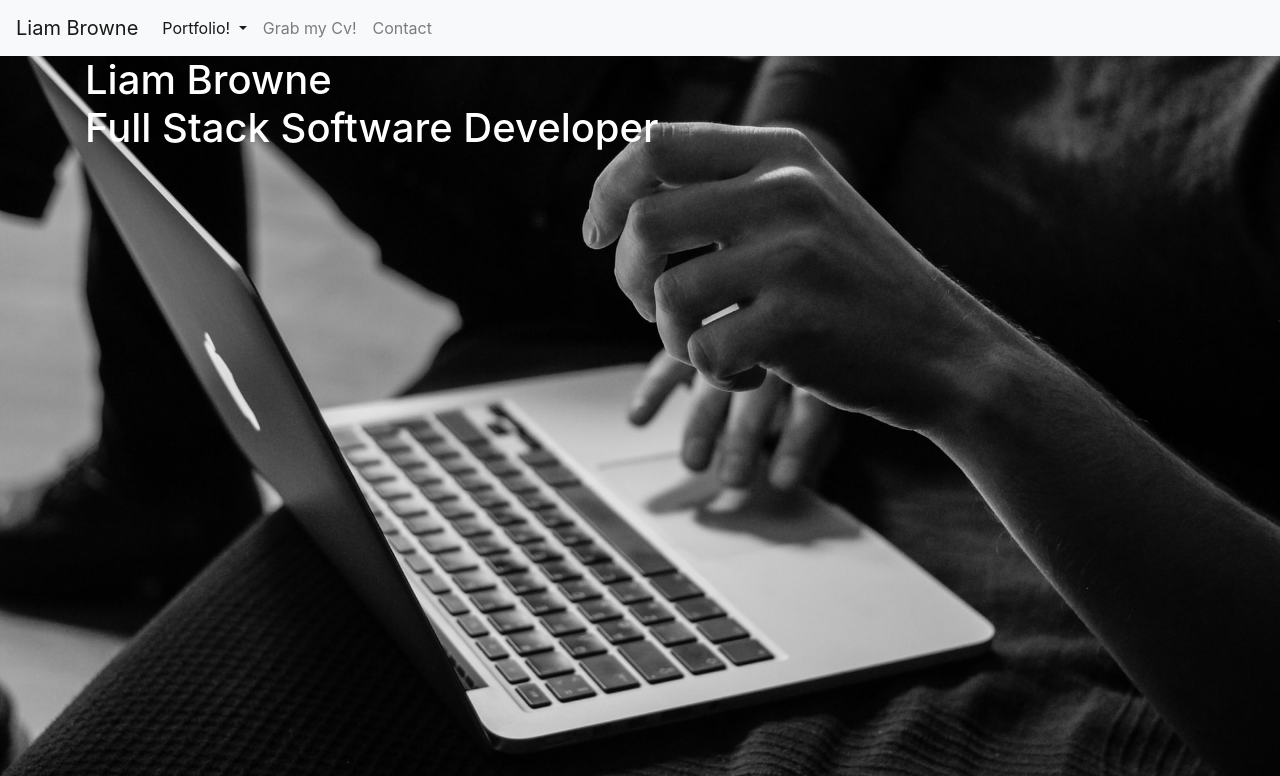
Repository: LiamB123/LiamBrowne.com.github.io
Page: index.html
The author's editor kept a record of every edit. The page is drawn from the files as they stood at one moment, then again after the next edit.
The browser window is 1280 px wide. The pictures show the whole page.
Backgrounds fixed to the window are drawn as part of the page.

Above is the page before.

### index.html
<!DOCTYPE html>
<html lang="en">

<head>
  <meta charset="UTF-8">
  <meta name="viewport" content="width=device-width, initial-scale=1.0">


  <meta http-equiv="X-UA-Compatible" content="ie=edge">

  <title>Liam Browne</title>

  <!--Boostrap Links for Css, Js and Jquery --->
  <link rel="stylesheet" href="https://stackpath.bootstrapcdn.com/bootstrap/4.4.1/css/bootstrap.min.css" integrity="sha384-Vkoo8x4CGsO3+Hhxv8T/Q5PaXtkKtu6ug5TOeNV6gBiFeWPGFN9MuhOf23Q9Ifjh" crossorigin="anonymous">

  <script src="https://code.jquery.com/jquery-3.4.1.slim.min.js" integrity="sha384-J6qa4849blE2+poT4WnyKhv5vZF5SrPo0iEjwBvKU7imGFAV0wwj1yYfoRSJoZ+n" crossorigin="anonymous"></script>
  <script src="https://cdn.jsdelivr.net/npm/popper.js@1.16.0/dist/umd/popper.min.js" integrity="sha384-Q6E9RHvbIyZFJoft+2mJbHaEWldlvI9IOYy5n3zV9zzTtmI3UksdQRVvoxMfooAo" crossorigin="anonymous"></script>
  <script src="https://stackpath.bootstrapcdn.com/bootstrap/4.4.1/js/bootstrap.min.js" integrity="sha384-wfSDF2E50Y2D1uUdj0O3uMBJnjuUD4Ih7YwaYd1iqfktj0Uod8GCExl3Og8ifwB6" crossorigin="anonymous"></script>

  <!--Boostrap Links for Font Awesome--->
  <link rel="stylesheet" href="https://stackpath.bootstrapcdn.com/font-awesome/4.7.0/css/font-awesome.min.css" type="text/css" />

  <link rel="stylesheet" href="static/css/custom.css" type="text/css" />

</head>

<body>


  <nav class="navbar navbar-expand-lg navbar-light bg-light">
    <a class="navbar-brand" href="index.html">Liam Browne </a>
    <button class="navbar-toggler" type="button" data-toggle="collapse" data-target="#navbarSupportedContent" aria-controls="navbarSupportedContent" aria-expanded="false" aria-label="Toggle navigation">
    <span class="navbar-toggler-icon"></span>
  </button>

    <div class="collapse navbar-collapse" id="navbarSupportedContent">
      <ul class="navbar-nav mr-auto">
        <li class="nav-item active nav-item dropdown">
          <a class="nav-link dropdown-toggle" href="" id="navbarDropdown" role="button" data-toggle="dropdown" aria-haspopup="true" aria-expanded="false">
          Portfolio!
        </a>
          <div class="dropdown-menu" aria-labelledby="navbarDropdown">
            <a class="dropdown-item" href="portfolio.html">Take me there!</a>
            <a class="dropdown-item" target="_blank" href="https://liams-the-store.herokuapp.com/">E-Commerce</a>
            <a class="dropdown-item" href="https://liams-booze.herokuapp.com/">Booze Clues</a>
            <div class="dropdown-divider"></div>
            <a class="dropdown-iitem" target="_blank" href="https://github.com/LiamB123/">
           Check out my GitHub</a>
          </div>
        </li>
        <a class="nav-link" target="_blank" href="./static/assets/My_Resume.pdf">Grab my Cv!<span class="sr-only">(current)</span></a>
        </li>
        <li class="nav-item">
          <a class="nav-link" href="contact.html">Contact</a>
        </li>

      </ul>

    </div>
  </nav>
  <!----Masthead Section---->

  <section>
    <div id="title-img">
      <div class="container">


        <h1 class="white-lettering push_right">
          Liam Browne
          <br>
          <div class="push_right">
             Full Stack Software Developer</div>
        </h1>


      </div>
    </div>
  </section>



</html>

### static/css/custom.css
/*Image Classes*/


#contact-img {
    min-height: 100vh;
    min-width: 100%;
    z-index: -1;
    background-image: url("../img/keyboard.jpg");
    background-repeat: no-repeat;
    background-position: center;
    background-attachment: fixed;
}


#title-img{
    background-attachment: fixed;
    background-image: url("../img/laptop.jpg");
    background-position: bottom;
    background-size: cover;
   min-height: 100vh;
    min-width: 100%;
    margin-bottom: 0px;
    z-index: -1;
}
#liam-img{
    background-attachment: fixed;
    background-repeat: no-repeat;
    background-image: url("../img/nerd.jpg");
    background-position: left;
    min-height:auto;
    min-width: auto;
    margin-bottom: 0px;
}


.portfolio-img {
    min-height: 100vh;
    min-width: 100%;
    z-index: -1;
    background-image: url("../img/portfolio.jpg");
    background-repeat: no-repeat;
    background-position: center;
    background-attachment: fixed;
}


.white-lettering{
    color: white;
}

.portfolio-sizing{
    padding-top: 20%;

}


.vertical-align-center{
    padding-top:40%;
    text-align: center;
    padding-bottom: 20%;
}
.tall{
    height:10vh;
    font-size: 5vh;
}

After the next edit:
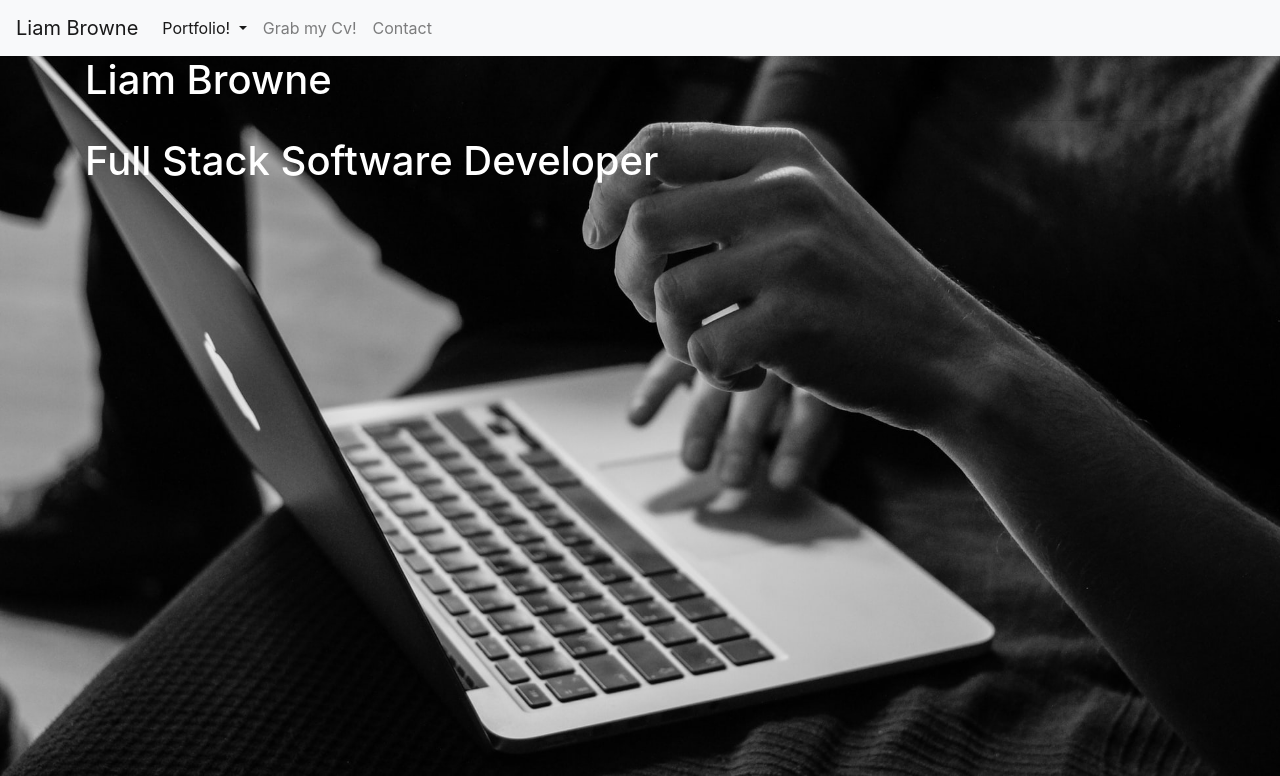
The edit:
--- a/index.html
+++ b/index.html
@@ -67,8 +67,7 @@
 
         <h1 class="white-lettering push_right">
           Liam Browne
-          <br>
-          <div class="push_right">
+          <hr>
              Full Stack Software Developer</div>
         </h1>
 
